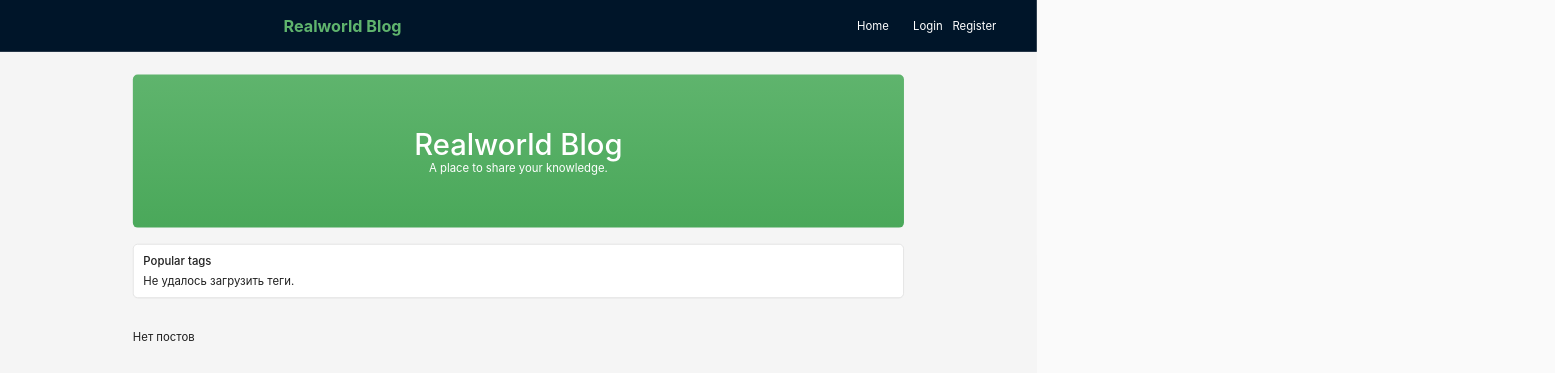
Repository: Rafged/S1mple-blog
Page: / (app in S1mple-blog-main/)
The author's editor kept a copy of each file at every save. The page is drawn from the files as they stood at one save, then again after a run of saves.
The browser window is 1280 px wide. The page is 1280 px wide, then 2160 px, so the pictures cover 1920 px, including what lies to the right of the window. The pictures show the whole page, at 81% of full size.
The page's requests for data from a server got no answer. The project was rebuilt for these pictures with package versions that can differ from the ones it lists, and the page was loaded fresh each time. No one was signed in, and anything a server would have sent is missing. Also part of the build but not shown: S1mple-blog-main/vite.config.js, S1mple-blog-main/src/pages/Login.jsx, S1mple-blog-main/src/pages/Register.jsx, S1mple-blog-main/src/pages/NewPost.jsx, S1mple-blog-main/src/pages/Settings.jsx, S1mple-blog-main/src/pages/Article.jsx, S1mple-blog-main/src/pages/Profile.css, S1mple-blog-main/src/pages/Profile.jsx.

Above is the page before, as saved 2025-10-06 14:47:49.

### S1mple-blog-main/index.html
<!doctype html>
<html lang="ru">
  <head>
    <meta charset="utf-8" />
    <meta name="viewport" content="width=device-width, initial-scale=1.0" />
    <title>Realworld Vite React</title>
  </head>
  <body>
    <div id="root"></div>
    <script type="module" src="/src/main.jsx"></script>
  </body>
</html>

### S1mple-blog-main/src/main.jsx
import React from 'react'
import { createRoot } from 'react-dom/client'
import { BrowserRouter } from 'react-router-dom'
import App from './App'
import 'antd/dist/reset.css'
import './styles.css'

createRoot(document.getElementById('root')).render(
  <React.StrictMode>
    <BrowserRouter>
      <App/>
    </BrowserRouter>
  </React.StrictMode>
)

### S1mple-blog-main/src/App.jsx
import React, { useEffect, useState } from 'react'
import { Routes, Route, Link, useNavigate } from 'react-router-dom'
import { Layout, Button } from 'antd'
import Home from './pages/Home'
import Login from './pages/Login'
import Register from './pages/Register'
import NewPost from './pages/NewPost'
import Settings from './pages/Settings'
import Article from './pages/Article'
import Profile from './pages/Profile'

const { Header, Content } = Layout

function getUsername(){ return localStorage.getItem('username') || null }

export default function App(){
  const [auth, setAuth] = useState(!!localStorage.getItem('token'))
  const navigate = useNavigate()

  useEffect(()=> {
    function onStorage(){ setAuth(!!localStorage.getItem('token')) }
    window.addEventListener('storage', onStorage)
    return ()=> window.removeEventListener('storage', onStorage)
  },[])

  function doLogout(){
    try{
      localStorage.removeItem('token'); localStorage.removeItem('username'); localStorage.removeItem('user');
    }catch(e){}
    setAuth(false);
    navigate('/');
    window.location.reload();
  }

  return (
    <Layout style={{minHeight:'100vh'}}>
      <Header style={{display:'flex', alignItems:'center', justifyContent:'space-between'}}>
        <div style={{color:'#5fb46d', fontWeight:700, fontSize: '20px', marginLeft: 300}}>Realworld Blog</div>
        <div>
          <Link to="/" style={{marginRight:30, color:'#fff'}}>Home</Link>
          {auth && <Link to="/new" style={{marginRight:25, color:'#fff'}}>New post</Link>}
          {auth && <Link to="/settings" style={{marginRight:20, color:'#fff'}}>Settings</Link>}
          {auth ? (
            <>
              <Link to={ getUsername() ? ('/profile/' + getUsername()) : '/profile' } style={{marginRight:25, color:'#fff'}}>
                Hi, {getUsername() || 'Unknown'}
              </Link>
              <Button onClick={doLogout}>Log out</Button>
            </>
          ) : (
            <>
              <Link to="/login" style={{marginRight:12, color:'#fff'}}>Login</Link>
              <Link to="/register" style={{color:'#fff'}}>Register</Link>
            </>
          )}
        </div>
      </Header>
      <Content style={{padding:24}}>
        <div style={{maxWidth:960, margin:'0 auto'}}>
          <Routes>
            <Route path="/" element={<Home/>}/>
            <Route path="/login" element={<Login onAuth={() => setAuth(true)}/>}/>
            <Route path="/register" element={<Register onAuth={() => setAuth(true)}/>}/>
            <Route path="/new" element={<NewPost/>}/>
            <Route path="/settings" element={<Settings/>}/>
            <Route path="/article/:slug" element={<Article/>}/>
            <Route path="/profile" element={<Profile/>}/>
            <Route path="/profile/:username" element={<Profile/>}/>
          </Routes>
        </div>
      </Content>
    </Layout>
  )
}

### S1mple-blog-main/src/styles.css
:root{ --green: #55b36b }
body{ font-family: Inter, "Open Sans", Arial, sans-serif; margin:0; background:#fafafa; color:#222 }
.container{ max-width:1600px; margin:0 auto; padding:4px }
.brand{ color:var(--green); font-weight:700; font-size:20px; margin-right:12px }
.banner{ background:linear-gradient(180deg,#5fb46d,#4aa85a); color:#fff; padding:66px; border-radius:6px; margin-bottom:20px }
.meta{ color:#777; margin-top:6px }


/* Cards and Popular Tags box */
.popular-box{
  border:1px solid #e0e0e0;
  border-radius:6px;
  padding:12px;
  background:#fff;
  box-shadow: 0 1px 0 rgba(0,0,0,0.02);
  margin-bottom:20px;
}
.tag-btn{
  padding:6px 10px;
  border-radius:16px;
  border:1px solid #ddd;
  background:#fff;
  cursor:pointer;
  font-size:13px;
}
.article-card{
  border:1px solid #e0e0e0;
  border-radius:6px;
  padding:16px;
  background:#fff;
  margin-bottom:18px;
  margin-left: 1px;
  width: 950px;
  box-shadow: 0 1px 0 rgba(0,0,0,0.02);
}
.article-meta{ color:#7a7a7a; margin-bottom:6px; font-size:14px }
.favorite-badge{
  border:1px solid #5cb85c;
  padding:6px 10px;
  border-radius:8px;
  background:#fff;
  cursor:pointer;
  font-weight:600;
  display:inline-flex;
  align-items:center;
  gap:8px;
}

### S1mple-blog-main/src/pages/Home.jsx
import React, { useEffect, useState } from 'react'
import { getArticles, favoriteArticle, unfavoriteArticle } from '../api'
import { Link } from 'react-router-dom'
import PopularTags from '../components/PopularTags'
import Pagination from '../components/Pagination'

export default function Home(){
  const [articles, setArticles] = useState([])
  const [currentPage, setCurrentPage] = useState(1)
  const [totalPages, setTotalPages] = useState(1)
  const limit = 3

  useEffect(()=> {
    load(currentPage)
  },[currentPage])

  async function load(page = 1){
    try{
      const offset = (page-1)*limit
      const res = await getArticles(`?limit=${limit}&offset=${offset}`)
      setArticles(res.articles || [])
      const count = res.articlesCount || (res.articles ? res.articles.length : 0)
      setTotalPages(Math.max(1, Math.ceil(count / limit)))
    }catch(e){
      console.error(e)
    }
  }

  async function toggleFav(a){
    if(!localStorage.getItem('token')){ alert('Войдите чтобы оценивать'); return; }
    try{
      if(a.favorited) await unfavoriteArticle(a.slug)
      else await favoriteArticle(a.slug)
      await load(currentPage)
    }catch(e){ console.error(e); alert('Ошибка') }
  }

  return (
    <div className="container">
      <div className="banner" style={{textAlign:'center'}}>
        <h1 style={{margin:0, fontSize:36}}>Realworld Blog</h1>
        <p style={{margin:0}}>A place to share your knowledge.</p>
      </div>

      {/* Popular tags at center top */}
      <div style={{display:'flex', justifyContent:'center', marginBottom:20}}>
        <div style={{maxWidth:1200, width:'100%'}}>
          <PopularTags />
        </div>
      </div>

      <div>
        {articles.length === 0 ? <div>Нет постов</div> : articles.map(a => (
          <div key={a.slug} className="article-card">
            <div style={{display:'flex', justifyContent:'space-between', alignItems:'flex-start'}}>
              <div>
                <div className="article-meta"><Link to={`/profile`}>{a.author?.username}</Link> · {new Date(a.createdAt).toLocaleDateString()}</div>
                <Link to={`/article/${a.slug}`} style={{textDecoration:'none'}}>
                  <h2 style={{margin:'8px 0', color:'#222'}}>{a.title}</h2>
                </Link>
                <p style={{color:'#555'}}>{a.description || (a.body && a.body.slice(0,200)+'...')}</p>
                <div style={{marginTop:8}}>
                  {a.tagList && a.tagList.map(t => <span key={t} className="tag-btn">{t}</span>)}
                </div>
              </div>
              <div>
                <button className="favorite-badge" onClick={()=>toggleFav(a)} title="Favorite">
                  ❤️ <span style={{marginLeft:6}}>{a.favoritesCount||0}</span>
                </button>
              </div>
            </div>
          </div>
        ))}
        <Pagination currentPage={currentPage} totalPages={totalPages} onPageChange={(p)=>setCurrentPage(p)} />
      </div>
    </div>
  )
}

### S1mple-blog-main/src/api.js
const API = '/api'

function getToken(){
  return localStorage.getItem('token')
}

function authHeaders(){
  const t = getToken()
  return t ? { 'Authorization': 'Token ' + t } : {}
}

async function request(path, opts = {}){
  const headers = { 'Content-Type': 'application/json', ...(opts.headers||{}), ...authHeaders() }
  const res = await fetch(API + path, {...opts, headers})
  const text = await res.text()
  let body = null
  try { body = text ? JSON.parse(text) : {} } catch(e){ body = {raw: text} }
  if(!res.ok) throw { status: res.status, body }
  return body
}

export async function getArticles(query=''){
  return request('/articles' + (query||''))
}

export async function getArticle(slug){
  return request('/articles/' + slug)
}

export async function favoriteArticle(slug){
  return request('/articles/' + slug + '/favorite', { method: 'POST' })
}
export async function unfavoriteArticle(slug){
  return request('/articles/' + slug + '/favorite', { method: 'DELETE' })
}

export async function getTags(){ return request('/tags') }

export async function login(email, password){ return request('/users/login', { method:'POST', body: JSON.stringify({user:{email, password}}) }) }
export async function register(username,email,password){ return request('/users', { method:'POST', body: JSON.stringify({user:{username,email,password}}) }) }
export async function getCurrentUser(){ return request('/user') }
export async function updateUser(payload){ return request('/user', { method:'PUT', body: JSON.stringify({user: payload}) }) }

export async function createArticle(article){ return request('/articles', { method:'POST', body: JSON.stringify({article}) }) }
export async function getArticlesByAuthor(author){ return request('/articles?author=' + encodeURIComponent(author)) }

### S1mple-blog-main/src/components/PopularTags.jsx
import React, { useEffect, useState } from "react";
import { getTags } from "../api";

const PopularTags = () => {
  const [tags, setTags] = useState([]);
  const [error, setError] = useState(null);

  useEffect(() => {
    const fetchTags = async () => {
      try {
        const res = await getTags();
        if (res && res.tags) setTags(res.tags);
      } catch (e) {
        setError(true);
        console.warn("Failed to load tags", e);
      }
    };
    fetchTags();
  }, []);

  return (
    <div className="popular-box">
      <h4 style={{ margin: "0 0 8px 0" }}>Popular tags</h4>
      {error ? (
        <div>Не удалось загрузить теги.</div>
      ) : (
        <div style={{ display: "flex", gap: 8, flexWrap: "wrap" }}>
          {tags.length === 0 ? <span>Нет тегов</span> : tags.map((t) => (
            <button key={t} className="tag-btn">{t}</button>
          ))}
        </div>
      )}
    </div>
  );
};

export default PopularTags;

### S1mple-blog-main/src/components/Pagination.jsx
import React from "react";

const Pagination = ({ articlesCount, limit, currentPage, onPageChange }) => {
  const pages = Math.ceil(articlesCount / limit);

  return (
    <ul className="pagination">
      {Array.from({ length: pages }, (_, i) => (
        <li
          key={i}
          className={`page-item ${currentPage === i + 1 ? "active" : ""}`}
          onClick={() => onPageChange(i + 1)}
        >
          <span className="page-link">{i + 1}</span>
        </li>
      ))}
    </ul>
  );
};

export default Pagination;

After the next 6 saves:
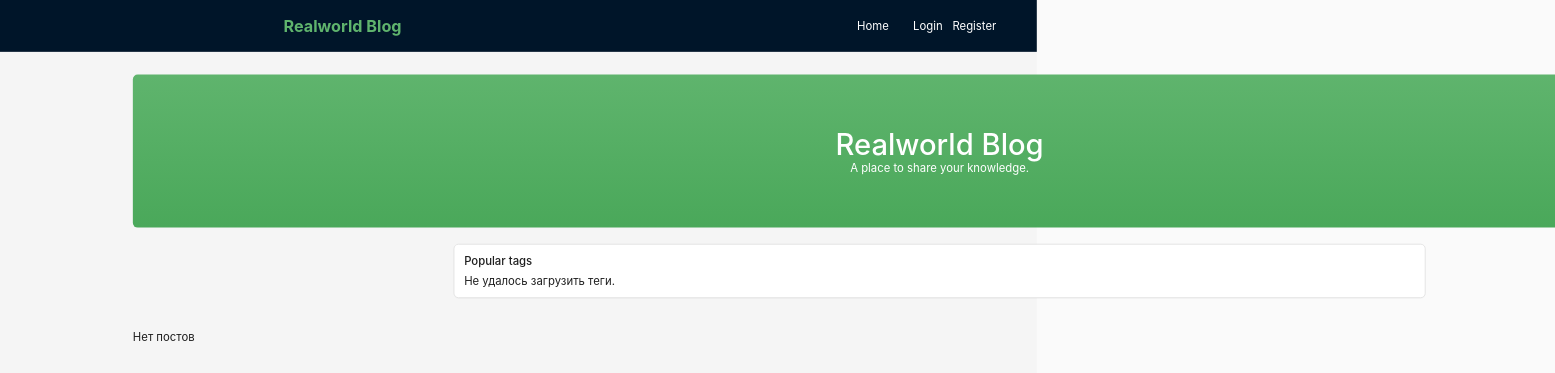
The 6 saves are shown as one change because they came seconds apart.
The last was saved 25 s later.
--- a/S1mple-blog-main/src/styles.css
+++ b/S1mple-blog-main/src/styles.css
@@ -1,6 +1,6 @@
 :root{ --green: #55b36b }
 body{ font-family: Inter, "Open Sans", Arial, sans-serif; margin:0; background:#fafafa; color:#222 }
-.container{ max-width:1600px; margin:0 auto; padding:4px }
+.container{ width:2000px; margin:0 auto; padding:4px }
 .brand{ color:var(--green); font-weight:700; font-size:20px; margin-right:12px }
 .banner{ background:linear-gradient(180deg,#5fb46d,#4aa85a); color:#fff; padding:66px; border-radius:6px; margin-bottom:20px }
 .meta{ color:#777; margin-top:6px }
